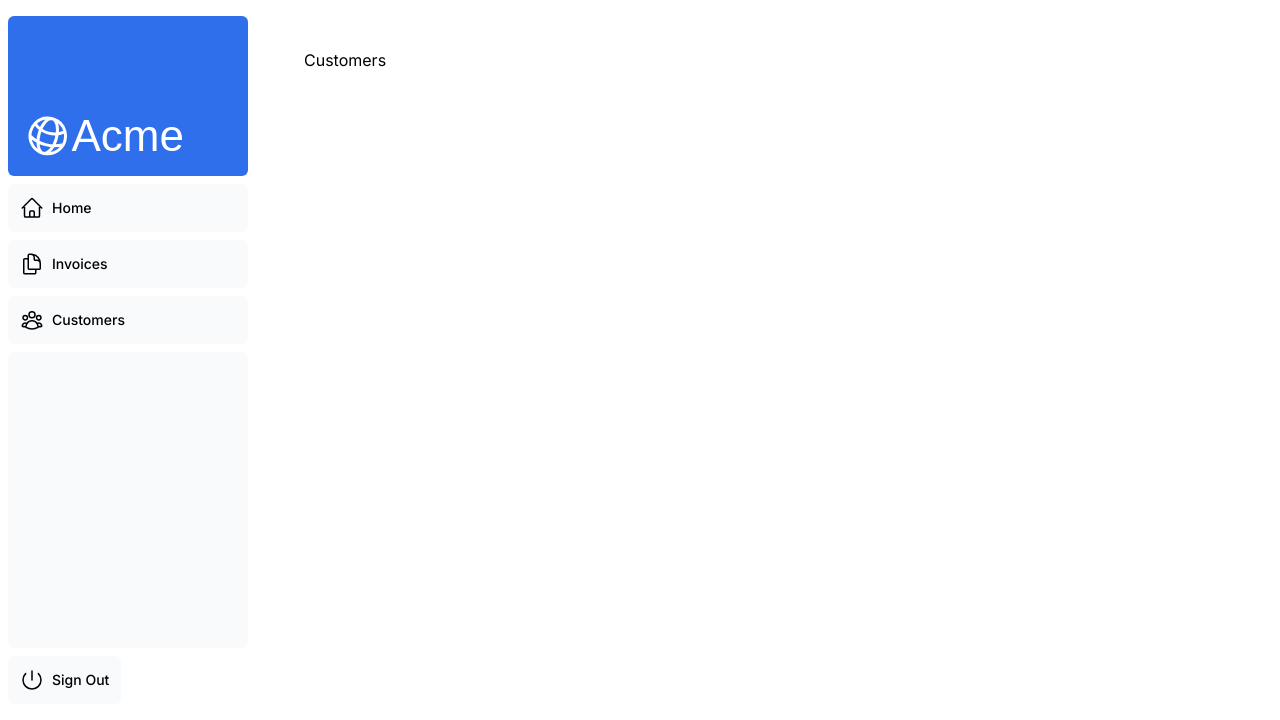
Repository: limaneto/invoices
Page: /dashboard/customers
The author's editor kept a copy of each file at every save. The page is drawn from the files as they stood at one save, then again after the next save.
The browser window is 1280 px wide. The pictures show the whole page.
Some web fonts or font styles are not loaded; a fallback is used. The project was rebuilt for these pictures with package versions that can differ from the ones it lists, and the page was loaded fresh each time. The framework's server and built-in components were replaced by stand-ins that run in the browser. Also part of the build but not shown: next.config.js.

Above is the page before, as saved 2023-11-02 16:59:06.

After the next save:
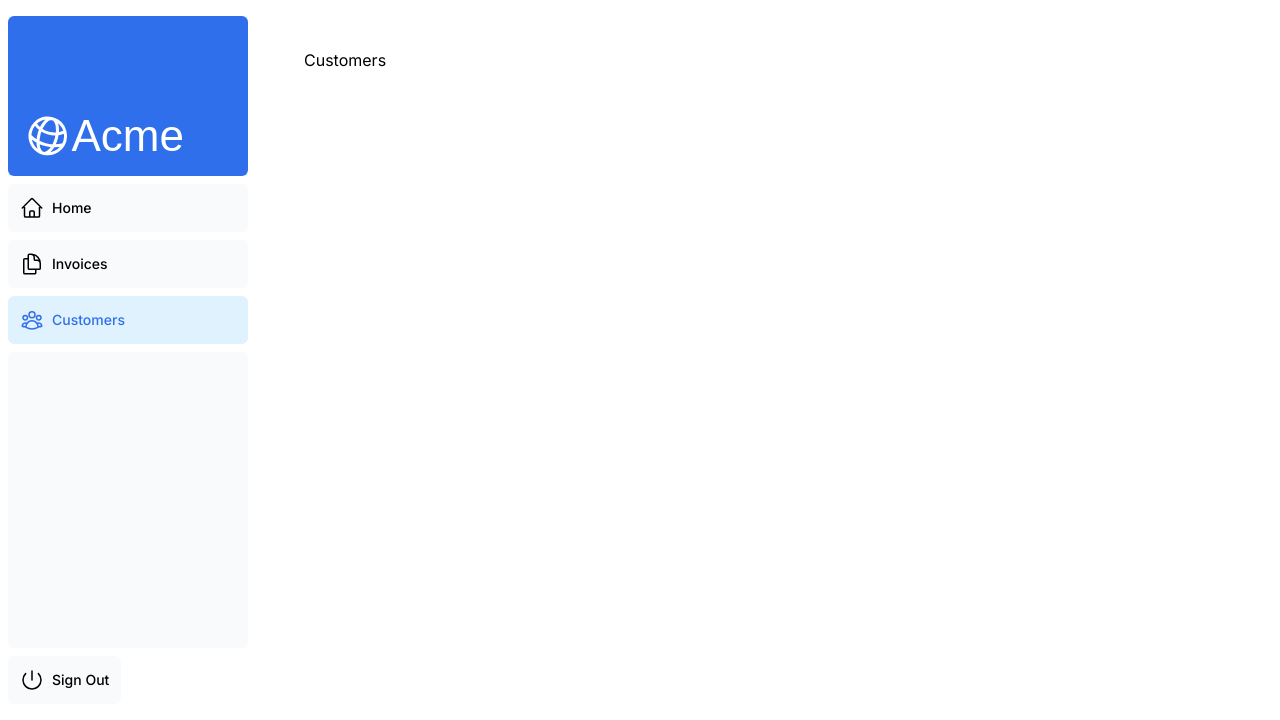
Saved 44 s later.
--- a/app/ui/dashboard/nav-links.tsx
+++ b/app/ui/dashboard/nav-links.tsx
@@ -29,7 +29,12 @@
           <Link
             key={link.name}
             href={link.href}
-            className="flex h-[48px] grow items-center justify-center gap-2 rounded-md bg-gray-50 p-3 text-sm font-medium hover:bg-sky-100 hover:text-blue-600 md:flex-none md:justify-start md:p-2 md:px-3"
+            className={clsx(
+              "flex h-[48px] grow items-center justify-center gap-2 rounded-md bg-gray-50 p-3 text-sm font-medium hover:bg-sky-100 hover:text-blue-600 md:flex-none md:justify-start md:p-2 md:px-3",
+              {
+                'bg-sky-100 text-blue-600': pathName === link.href
+              }
+            )}
           >
             <LinkIcon className="w-6" />
             <p className="hidden md:block">{link.name}</p>
